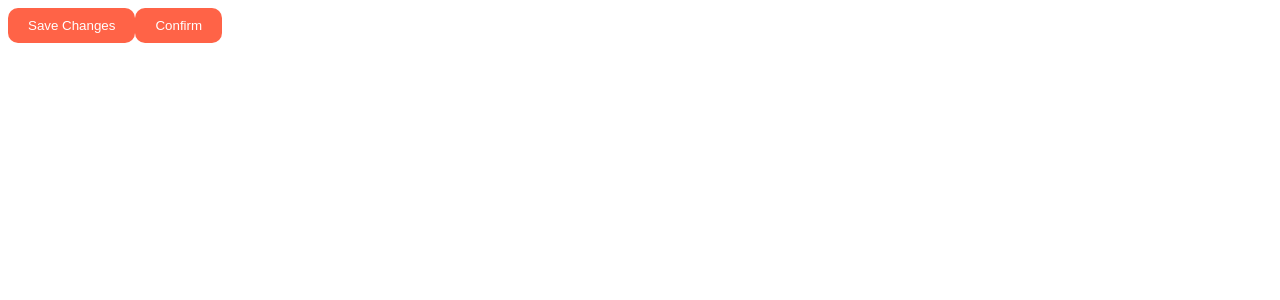
Repository: TaewookKwak/React
Page: props.html
The author's editor kept a copy of each file at every save. The page is drawn from the files as they stood at one save, then again after a run of saves.
The browser window is 1280 px wide. The pictures show the whole page.

Above is the page before, as saved 2021-12-15 12:18:15.

### props.html
<!DOCTYPE html>
<html lang="en">
  <body>
    <div id="root"></div>
  </body>
  <script src="https://unpkg.com/react@17.0.2/umd/react.production.min.js"></script>
  <script src="https://unpkg.com/react-dom@17.0.2/umd/react-dom.production.min.js"></script>
  <script src="https://unpkg.com/@babel/standalone/babel.min.js"></script>
  <script type="text/babel">
    const root = document.querySelector("#root");
    function Btn({ text }) {
      return (
        <button
          style={{
            backgroundColor: "tomato",
            color: "white",
            padding: "10px 20px",
            border: "none",
            borderRadius: "10px",
          }}
        >
          {text}
        </button>
      );
    }
    function App() {
      return (
        <div>
          <Btn text="Save Changes" />
          <Btn text="Confirm" />
        </div>
      );
    }

    ReactDOM.render(<App />, root);
  </script>
</html>

After the next 2 saves:
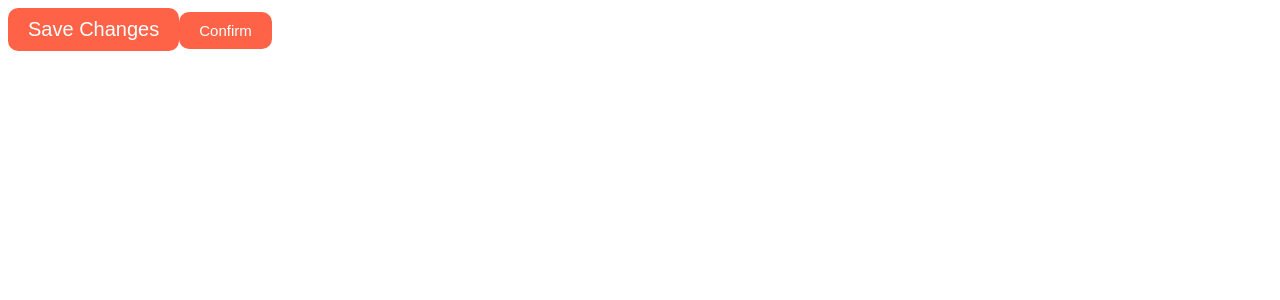
The 2 saves are shown as one change because they came seconds apart.
The last was saved 3 min 18 s later.
--- a/props.html
+++ b/props.html
@@ -8,7 +8,7 @@
   <script src="https://unpkg.com/@babel/standalone/babel.min.js"></script>
   <script type="text/babel">
     const root = document.querySelector("#root");
-    function Btn({ text }) {
+    function Btn({ text, size }) {
       return (
         <button
           style={{
@@ -17,6 +17,7 @@
             padding: "10px 20px",
             border: "none",
             borderRadius: "10px",
+            fontSize: size === "big" ? 20 : 15,
           }}
         >
           {text}
@@ -26,8 +27,8 @@
     function App() {
       return (
         <div>
-          <Btn text="Save Changes" />
-          <Btn text="Confirm" />
+          <Btn text="Save Changes" size="big" />
+          <Btn text="Confirm" size="small" />
         </div>
       );
     }
